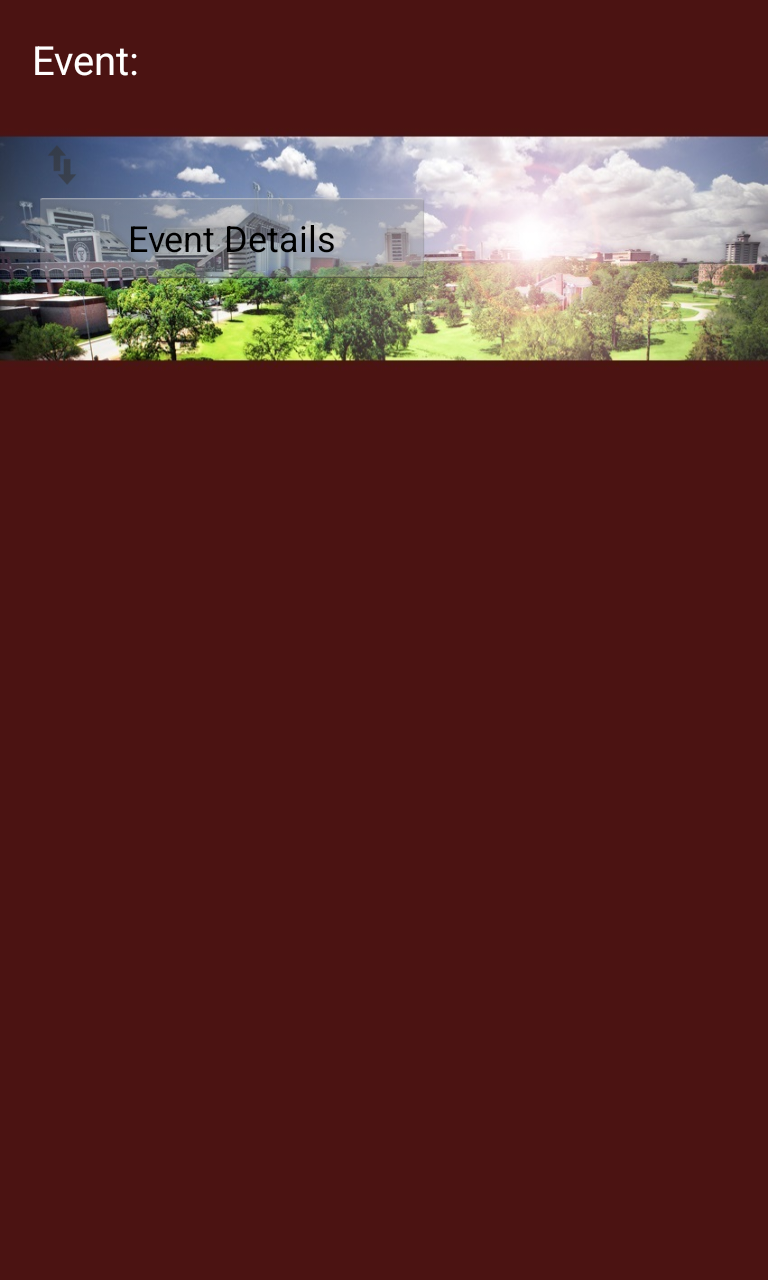
Repository: jannelg92/ANDROIDAPP
Layout: GEOINNOVATION/TAMUgis-dayEvents/res/layout/f_event_calendar.xml
An editor plug-in stored every save of this project. The layout is shown before and after the next save, followed by the edit.
It is drawn on a 768 x 1280 px phone screen (xhdpi) without system bars, with theme AppTheme; the app's code is not run.

Above is the layout before, as saved 2014-04-23 02:01:17.

### GEOINNOVATION/TAMUgis-dayEvents/res/layout/f_event_calendar.xml
<LinearLayout xmlns:android="http://schemas.android.com/apk/res/android"
    xmlns:tools="http://schemas.android.com/tools"
    android:layout_width="match_parent"
    android:layout_height="match_parent"
    android:id="@+id/eventCalendarList"
    android:orientation="vertical"
    android:background="@drawable/aggieland_bbackground"
    android:paddingBottom="@dimen/activity_vertical_margin"
    android:paddingLeft="@dimen/activity_horizontal_margin"
    android:paddingRight="@dimen/activity_horizontal_margin"
    android:paddingTop="@dimen/activity_vertical_margin" >


		      <TextView
		        android:id="@+id/event_label"
		        android:layout_width="wrap_content"
		        android:layout_height="wrap_content"
		        android:drawablePadding="10dp"
		        android:text="Event: "
		        android:textColor="#ffffff"
		        android:textSize="@dimen/mid_text" />
		       <TextView
		        android:id="@+id/event_name"
		        android:layout_width="wrap_content"
		        android:layout_height="wrap_content"
		        android:drawablePadding="10dp"
		        android:text="                                      "
		        android:textColor="#500000"
		        android:textSize="@dimen/mid_text" />
		        <Button
		        android:id="@+id/event_dtls"
		        android:layout_width="60px"
		        android:layout_height="50px"
		        android:drawablePadding="10dp"
		        android:background="@drawable/ic_action_import_export"
		        android:src="@drawable/ic_action_import_export" />




    <Button
        android:id="@+id/eventDetails_b"
        android:layout_width="200dp"
        android:layout_height="wrap_content"
        android:layout_marginBottom="10dp" android:text="@string/details"
        android:clickable="true"
        android:src="@drawable/plus_square" />

</LinearLayout>

### GEOINNOVATION/TAMUgis-dayEvents/res/values/dimens.xml
<resources>

   <dimen name="activity_horizontal_margin">16dp</dimen>
    <dimen name="activity_vertical_margin">16dp</dimen>

    <dimen name="big_text">28dip</dimen>
    <dimen name="mid_text">20dip</dimen>
    <dimen name="small_text">16dip</dimen>
    <dimen name="return_w">50dp</dimen>
    <dimen name="return_h">50dp</dimen>
    <dimen name="text_sizeW">70dp </dimen>
    <dimen name="text_sizeH">70dp</dimen>
    <dimen name="button_w">200dp </dimen>
    <dimen name="button_h">60dp </dimen>
    <!--
         Per the design guidelines, navigation drawers should be between 240dp and 320dp:
         https://developer.android.com/design/patterns/navigation-drawer.html
    -->
    <dimen name="navigation_drawer_width">277dp</dimen>

</resources>

### GEOINNOVATION/TAMUgis-dayEvents/res/values/strings.xml
<?xml version="1.0" encoding="utf-8"?>
<resources>

    <!-- Menu, Application, Object TITLES -->
    <string name="app_name">TAMU GIS DAY Events</string>
    <string name="application_name">Texas A&amp;M Geoservices</string>
    <string name="nav_drawer">Navigation Drawer</string>
    <string name="layout_piece">Structure or element of the layout</string>
    <string name="hello_world">Hello  W O R L D!! :)</string>
    <string name="title_menu">Navigation Menu</string>
    <string name="title_activity_user_options">UserOptions</string>
    <string name="title_activity_events">Events</string>
    <string name="title_activity_event_checkin">Event_checkin</string>
    <string name="title_section1">Welcome</string>
    <string name="title_section2">Events</string>
    <string name="title_sectionLogin">Log-in</string>
    <string name="title_section3">Event Check-in</string>
    <string name="title_section4">My Events</string>
    <string name="title_section5">Settings</string>
    <string name="title_section6">Log-out</string>


    <string-array name="mainTitles">
        <item id="menu1_99">Log-in </item>
        <item id="menu1_100">Event Calendar </item>
        <item id="menu1_101">Share </item>
    </string-array>
    <string-array name="userTitles">
        <item id="menu2_99"> Event Calendar </item>
        <item id="menu2_100"> Event Check-in </item>
        <item id="menu2_101"> My Events </item>
        <item id="menu2_102"> Share </item>
        <item id="menu2_103"> Settings </item>
        <item id="menu2_104"> Log-out</item>
    </string-array>
    <string-array name="menuTitles">
        <item id="menu2_99">   Home  </item>
        <item id="menu2_100"> Log-in </item>
        <item id="menu2_101"> Event Calendar </item>
        <item id="menu2_102"> Event Check-in </item>
        <item id="menu2_103"> My Events </item>
        <item id="menu2_104"> Share </item>
        <item id="menu2_105"> Settings </item>
        <item id="menu2_106"> Log-out </item>
    </string-array>

    <array name="nav_drawer_icons">
        <item>@drawable/ic_launcher</item>
        <item>@drawable/ic_action_signup</item>
        <item>@drawable/ic_action_eventcal</item>
        <item>@drawable/ic_action_checkin</item>
        <item>@drawable/ic_action_myevents</item>
        <item>@drawable/ic_action_share</item>
        <item>@drawable/ic_action_settings</item>
        <item>@drawable/ic_action_import_export</item>
    </array>

    <!--  -->


    <!-- Strings related to Settings, Example General settings -->
    <string name="pref_header_general">General</string>
    <string name="pref_title_social_recommendations">Enable social recommendations</string>
    <string name="pref_description_social_recommendations">Recommendations for people to contact based on your message history</string>
    <string name="pref_title_display_name">Display name</string>
    <string name="pref_default_display_name">John Smith</string>
    <string name="pref_title_add_friends_to_messages">Add friends to messages</string>

    <string-array name="pref_example_list_titles">
        <item>Always</item>
        <item>When possible</item>
        <item>Never</item>
    </string-array>
    <string-array name="pref_example_list_values">
        <item>1</item>
        <item>0</item>
        <item>-1</item>
    </string-array>

    <!-- Example settings for Data & Sync -->
    <string name="pref_header_data_sync">Data &amp; sync</string>
    <string name="pref_title_sync_frequency">Sync frequency</string>

    <string-array name="pref_sync_frequency_titles">
        <item>15 minutes</item>
        <item>30 minutes</item>
        <item>1 hour</item>
        <item>3 hours</item>
        <item>6 hours</item>
        <item>Never</item>
    </string-array>
    <string-array name="pref_sync_frequency_values">
        <item>15</item>
        <item>30</item>
        <item>60</item>
        <item>180</item>
        <item>360</item>
        <item>-1</item>
    </string-array>

    <string name="pref_title_system_sync_settings">System sync settings</string>

    <!-- Example settings for Notifications -->

    <string name="pref_header_notifications">Notifications</string>
    <string name="pref_title_new_message_notifications">New message notifications</string>
    <string name="pref_title_ringtone">Ringtone</string>
    <string name="pref_ringtone_silent">Silent</string>
    <string name="pref_title_vibrate">Vibrate</string>
    <string name="app_settings">App Settings</string>
    <string name="main">Home</string>
    <string name="login">Log-in</string>
    <string name="calendar">Event Calendar</string>
    <string name="checkin">Event Checkin</string>
    <string name="myevents">My Events</string>
    <string name="share">Share</string>
    <string name="map">Map</string>
    <string name="settings">Settings</string>
    <string name="logout">Log-out</string>
    <string name="returnB">Back</string>
    <string name="details">Event Details</string>
    <string name="prof_classes">Professor-added Classes </string>
    <string name="prof">Professors </string>
    <string name="pics">Pictures</string>
    <string name="signup">Sign-up </string>
    <string name="mycourses">My Courses</string>
    <string name="notify">Notifcation Options </string>
    <string name="event_remind">Send Event Reminders</string>
    <string name="push">Allow Push Notifications</string>
    <string name="gps">Allow GPS Tracking</string>

    <!-- Description Strings -->
    <color name="maroon">#500000</color>
    <color name="selector">#F4AF00</color>
    <color name="background">#FDEFCC </color>

    <string name="drawer_open">Open Menu</string>
    <string name="drawer_close">Close Menu</string>
    <string name="app_error">Sorry, GIS DAY app is NOT available.</string>
    <string name="navigation_drawer_open">Open navigation drawer</string>
    <string name="navigation_drawer_close">Close navigation drawer</string>
    <string name="action_example">HelloWorld</string>
    <string name="action_settings">Settings</string>
    <string name="prompt_email">Email</string>
    <string name="prompt_password">Password</string>
    <string name="action_sign_in_register"><b>Sign in</b> or register</string>
    <string name="action_sign_in_short">Sign in</string>
    <string name="action_forgot_password">Recover lost password</string>
    <string name="login_progress_signing_in">Signing in&#8230;</string>
    <string name="error_invalid_email">This email address is invalid</string>
    <string name="error_invalid_password">This password is too short</string>
    <string name="error_incorrect_password">This password is incorrect</string>
    <string name="error_field_required">This field is required</string>
    <string name="title_activity_event_calendar">EventCalendar</string>

</resources>

Loaded but not shown: GEOINNOVATION/TAMUgis-dayEvents/res/values/styles.xml (common file); GEOINNOVATION/TAMUgis-dayEvents/res/values-v11/styles.xml (common file); GEOINNOVATION/TAMUgis-dayEvents/res/values-v14/styles.xml (common file); GEOINNOVATION/TAMUgis-dayEvents/res/values-w820dp/dimens.xml (common file)

After the next save:
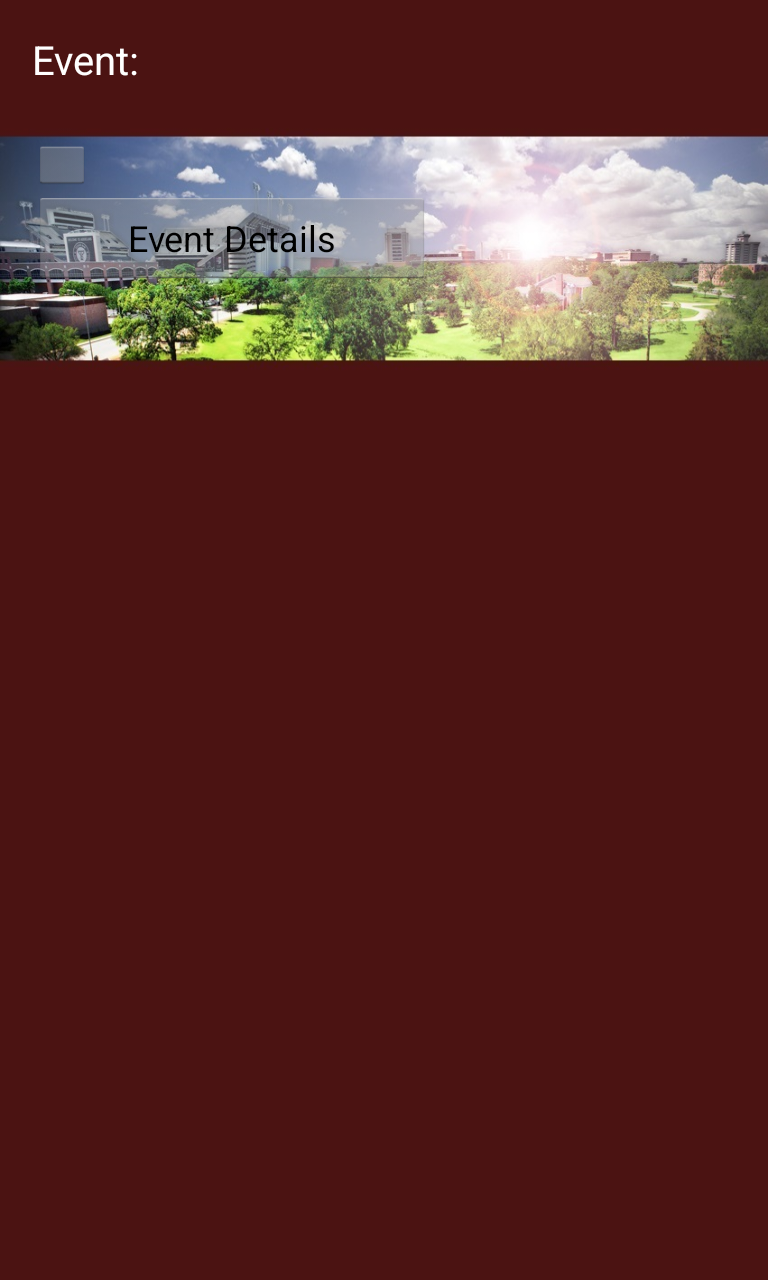
Saved 2 min 34 s later.
--- a/GEOINNOVATION/TAMUgis-dayEvents/res/layout/f_event_calendar.xml
+++ b/GEOINNOVATION/TAMUgis-dayEvents/res/layout/f_event_calendar.xml
@@ -32,8 +32,8 @@
 		        android:layout_width="60px"
 		        android:layout_height="50px"
 		        android:drawablePadding="10dp"
-		        android:background="@drawable/ic_action_import_export"
-		        android:src="@drawable/ic_action_import_export" />
+		        android:src="@drawable/plus_square"
+		        android:src="@drawable/plus_square" />
 
 
 
